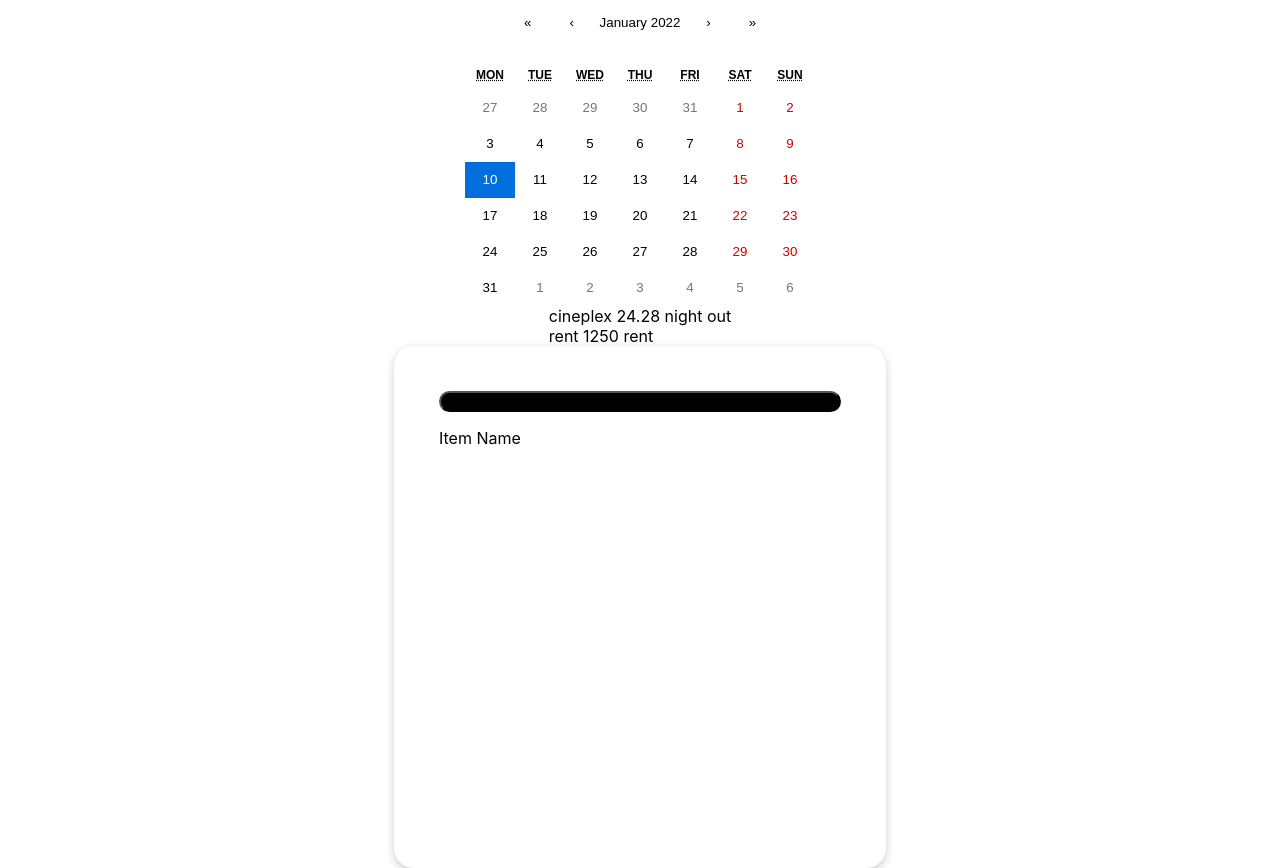
Repository: julianm09/expense-tracker
Page: /
The author's editor kept a copy of each file at every save. The page is drawn from the files as they stood at one save, then again after the next save.
The browser window is 1280 px wide. The pictures show the whole page.
The project was rebuilt for these pictures with package versions that can differ from the ones it lists, and the page was loaded fresh each time. The framework's server and built-in components were replaced by stand-ins that run in the browser. Also part of the build but not shown: next.config.js.

Above is the page before, as saved 2022-01-10 14:57:26.

After the next save:
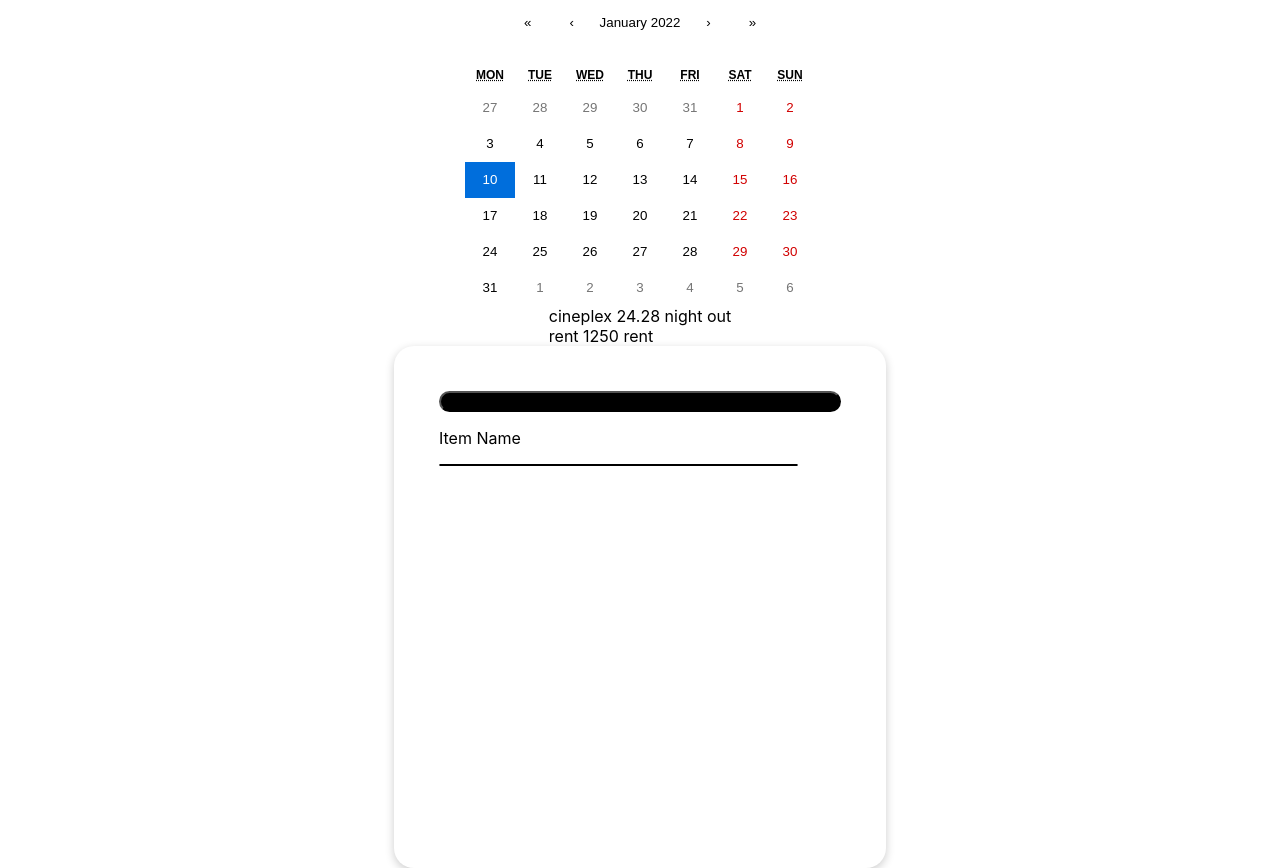
Saved 18 s later.
--- a/comps/popup.js
+++ b/comps/popup.js
@@ -22,7 +22,8 @@ const TextCont = styled.div`
 
 const Box = styled.div`
   width: 359px;
-  border-radius: ;
+  border: 0.5px solid #000;
+  border-radius: 10px;
 `;
 
 const Title = styled.p``;
